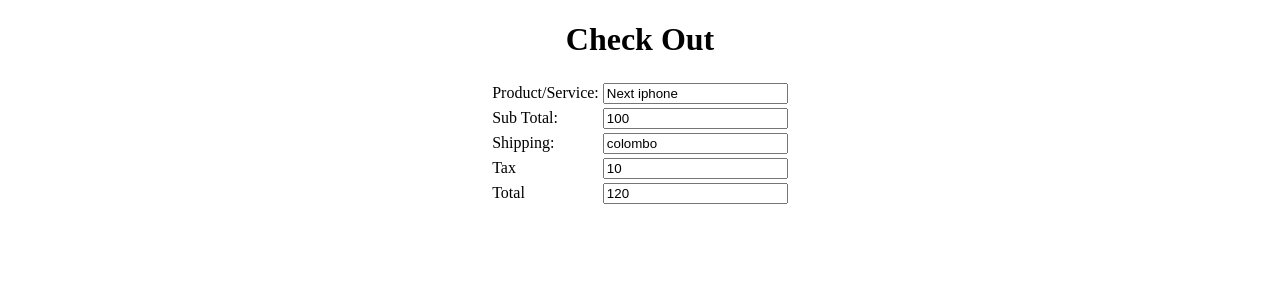
Repository: ThimeshaMindaka/PAFF
Page: PayPalTest/src/main/webapp/checkout.html
The author's editor kept a copy of each file at every save. The page is drawn from the files as they stood at one save, then again after the next save.
The browser window is 1280 px wide. The pictures show the whole page.

Above is the page before, as saved 2022-05-13 19:05:10.

After the next save:
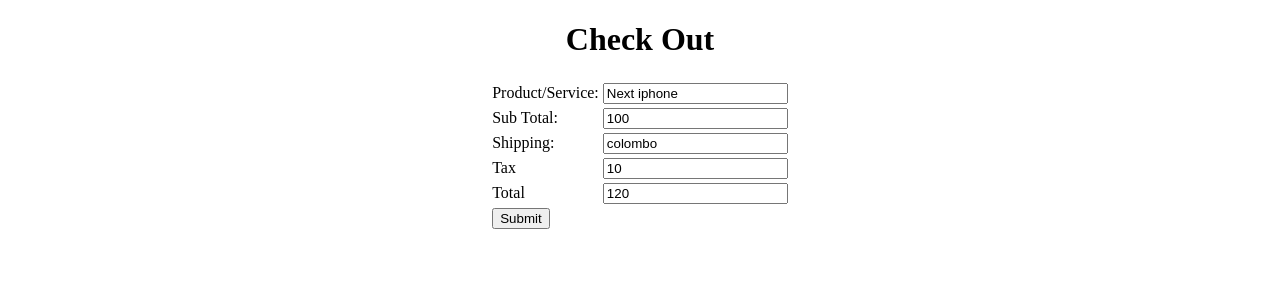
Saved 86 s later.
--- a/PayPalTest/src/main/webapp/checkout.html
+++ b/PayPalTest/src/main/webapp/checkout.html
@@ -29,6 +29,9 @@
 			<td>Total</td>
 			<td><input type="text" name="total" value="120" > </td>
 		</tr>
+		<tr>
+			<td><input type="submit" name="checkout" > </td>
+		</tr>
 		</table>
 		</form>
 </div>
